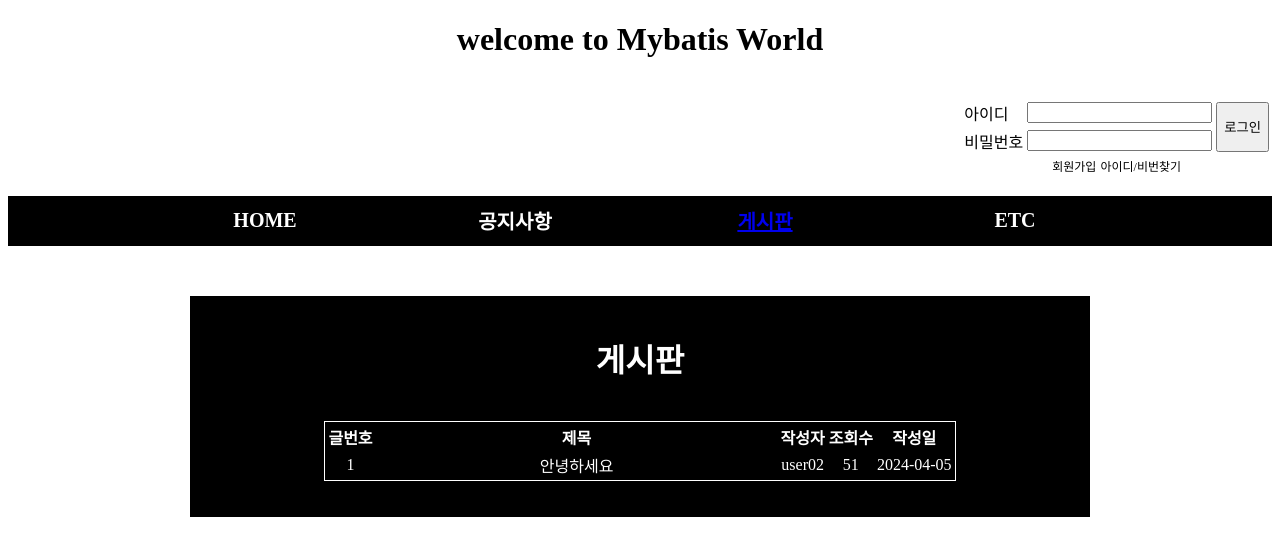
Repository: eru2/Study
Page: http://localhost/mybatisProject/views/board/boardListView.jsp
These files come from the project's save history. The page is drawn as it stood at one moment and after the next save; the edit follows.
The browser window is 1280 px wide. The pictures show the whole page.
The page is served by Tomcat 10. Other server files are loaded and not shown.

Above is the page before, as saved 2025-03-07 01:25:34.

### 08_MyBatis/mybatisProject/src/main/webapp/views/board/boardListView.jsp
<%@ page language="java" contentType="text/html; charset=UTF-8"
    pageEncoding="UTF-8"%>
<%@ taglib prefix="c" uri="http://java.sun.com/jsp/jstl/core" %>
<!DOCTYPE html>
<html>
<head>
<meta charset="UTF-8">
<title>Insert title here</title>
<style>
    #list-area{
        border: 1px solid white;
        text-align: center;
    }

    .outer a{
        color: white;
        text-decoration: none;
    }
</style>
</head>
<body>
    <jsp:include page="../common/menubar.jsp" />

    <div class="outer" align="center">
        <br>
        <h1 align="center">게시판</h1>
        <br>

        <table id="list-area">
            <thead>
                <tr>
                    <th>글번호</th>
                    <th width="400">제목</th>
                    <th>작성자</th>
                    <th>조회수</th>
                    <th>작성일</th>
                </tr>
            </thead>
            <tbody>
                <tr>
                    <td>1</td>
                    <td>안녕하세요</td>
                    <td>user02</td>
                    <td>51</td>
                    <td>2024-04-05</td>
                </tr>
            </tbody>
        </table>
        <br><br>
    </div>
</body>
</html>

### 08_MyBatis/mybatisProject/src/main/webapp/views/common/menubar.jsp
<%@ page language="java" contentType="text/html; charset=UTF-8"
    pageEncoding="UTF-8"%>
<%@ taglib prefix="c" uri="http://java.sun.com/jsp/jstl/core" %>
<!DOCTYPE html>
<html>
<head>
<meta charset="UTF-8">
<title>Insert title here</title>
<style>
    .login-area a{
        text-decoration: none;
        color: black;
        font-size: 12px;
    }

    .nav-area{
        background: black;
        color: white;
        height: 50px;
    }
    .menu{
        display: table-cell;
        width: 250px;
        height: 50px;
        vertical-align: middle;
        font-size: 20px;
        font-weight: bold;
    }
    .outer{
    	width: 900px;
    	background: black;
    	color: white;
    	margin: auto;
    	margin-top: 50px;
    }
</style>
</head>
<body>

    <h1 align="center">welcome to Mybatis World</h1>
    <br>

    <div class="login-area" align="right">
       <c:choose>
       <c:when test="${empty loginUser}">
	        <form action="${pageContext.request.contextPath}/login.me" method="post">
		        <table>
		            <tr>
		                <td>아이디</td>
		                <td><input type="text" name="userId" required></td>
		                <td rowspan="2"><button type="submit" style="height: 50px;">로그인</button></td>
		            </tr>
		            <tr>
		                <td>비밀번호</td>
		                <td><input type="password" name="userPwd" required></td>

		            </tr>
		            <tr>
		                <td colspan="3" align="center">
		                    <a href="enrollForm.me">회원가입</a>
		                    <a href="">아이디/비번찾기</a>
		                </td>
		            </tr>
	            </table>
	        </form>
     	</c:when>
       	<c:otherwise>
        	<!-- 로그인후 -->
	        <div>
	            <table>
	                <tr>
	                    <td colspan="2">
	                        <h3>${loginUser.userName }님 환영합니다. </h3>
	                    </td>
	                    <td></td>
	                </tr>
	                <tr>
	                    <td><a href="myPage.me">마이페이지</a></td>
	                    <td><a href="">로그아웃</a></td>
	                </tr>
	            </table>
	        </div>
        </c:otherwise>
        </c:choose>
    </div>
    <br>

    <div class="nav-area" align="center">
        <div class="menu">HOME</div>
        <div class="menu">공지사항</div>
        <div class="menu"><a href="list.bo?cpage=1">게시판</a></div>
        <div class="menu">ETC</div>
    </div>
</body>
</html>

After the next save:
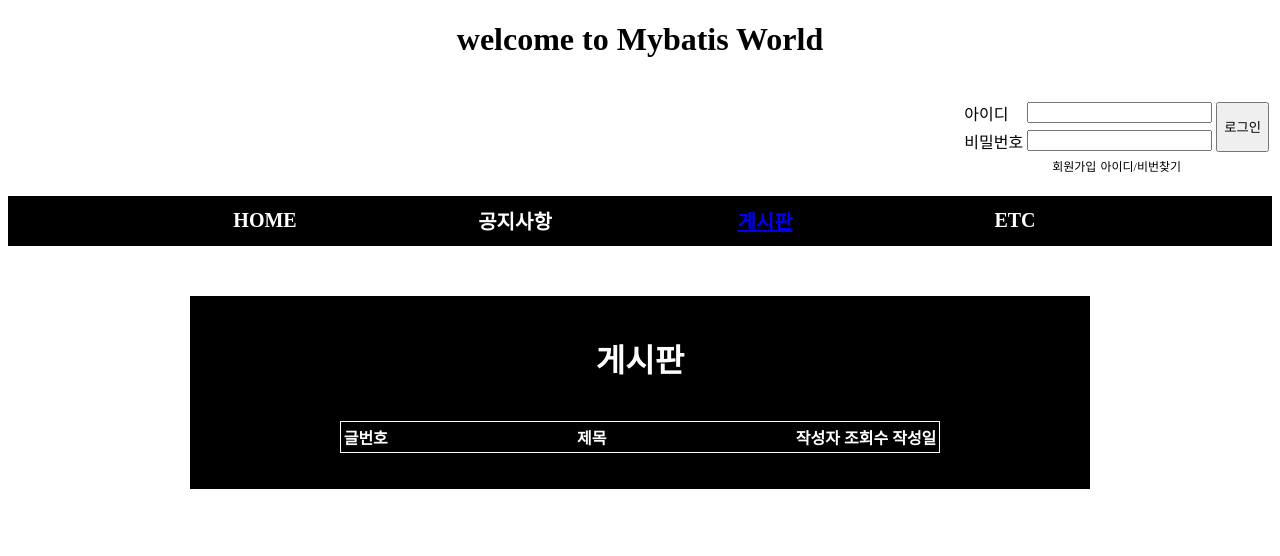
Saved 70 s later.
--- a/08_MyBatis/mybatisProject/src/main/webapp/views/board/boardListView.jsp
+++ b/08_MyBatis/mybatisProject/src/main/webapp/views/board/boardListView.jsp
@@ -37,6 +37,7 @@
                 </tr>
             </thead>
             <tbody>
+            <c:forEach var="b" items="${list}">
                 <tr>
                     <td>1</td>
                     <td>안녕하세요</td>
@@ -44,6 +45,7 @@
                     <td>51</td>
                     <td>2024-04-05</td>
                 </tr>
+                </c:forEach>
             </tbody>
         </table>
         <br><br>
